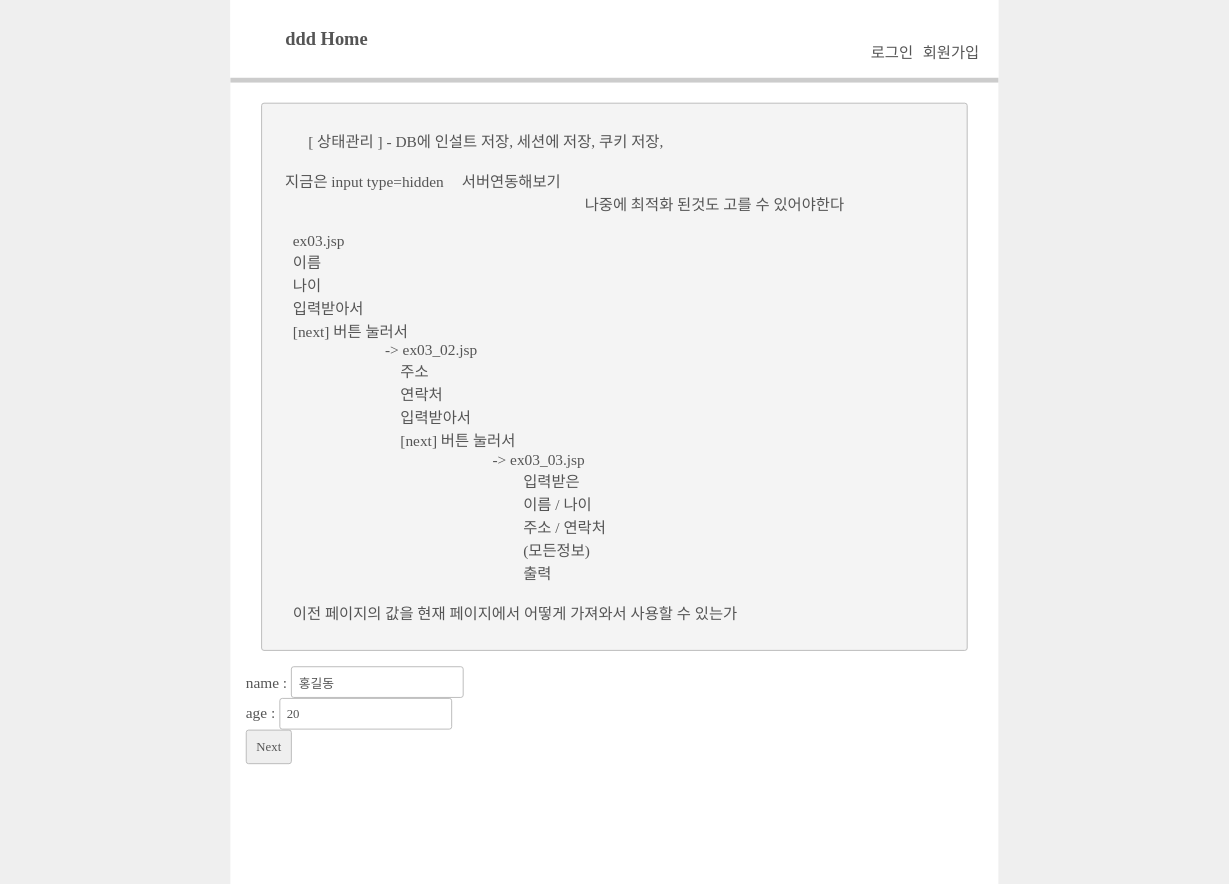
Repository: Deneb0000/JSP
Page: http://localhost/jspPro/days04/ex03.jsp
The author's editor kept a copy of each file at every save. The page is drawn from the files as they stood at one save, then again after the next save.
The browser window is 1280 px wide. The pictures show the whole page, at 96% of full size.
Some web fonts or font styles are not loaded; a fallback is used. The page is served by Tomcat 9. Other server files are loaded and not shown.

Above is the page before, as saved 2024-10-18 06:18:35.

### jspPro/src/main/webapp/days04/ex03.jsp
<%@ page contentType="text/html; charset=UTF-8" pageEncoding="UTF-8"%>
<%@ taglib prefix="c" uri="http://java.sun.com/jsp/jstl/core" %>
<!DOCTYPE html>
<html>
<head>
<meta charset="UTF-8">
<title>Insert title here</title>
<link rel="shortcut icon" type="image/x-icon" href="http://localhost/jspPro/images/SiSt.ico">
<script src="https://ajax.googleapis.com/ajax/libs/jquery/3.7.1/jquery.min.js"></script>
<meta name="viewport" content="width=device-width, initial-scale=1.0">
<meta name="google" content="notranslate">
<link rel="stylesheet" href="http://localhost/jspPro/resources/cdn-main/example.css">
<script src="http://localhost/jspPro/resources/cdn-main/example.js"></script>
<style>
 span.material-symbols-outlined{
    vertical-align: text-bottom;
 }
</style>
</head>
<body>
<header>
  <h1 class="main"><a href="#" style="position: absolute;top:30px;">ddd Home</a></h1>
  <ul>
    <li><a href="#">로그인</a></li>
    <li><a href="#">회원가입</a></li>
  </ul>
</header>
<div>
  <xmp class="code">
  	[ 상태관리 ] - DB에 인설트 저장, 세션에 저장, 쿠키 저장,

  지금은 input type=hidden	서버연동해보기
  										나중에 최적화 된것도 고를 수 있어야한다

    ex03.jsp
    이름
    나이
    입력받아서
    [next] 버튼 눌러서
			    -> ex03_02.jsp
			    	주소
			    	연락처
			    	입력받아서
			    	[next] 버튼 눌러서
						    	-> ex03_03.jsp
						    		입력받은
						    		이름 / 나이
						    		주소 / 연락처
						    		(모든정보)
						    		출력

    이전 페이지의 값을 현재 페이지에서 어떻게 가져와서 사용할 수 있는가
  </xmp>

  <form action="ex03_02.jsp">
  name : <input type="text" name="name" value="홍길동" /> <br />
  age : <input type="text" name="age" value="20" /> <br />
  <input type="submit" value="Next" />
  </form>

</div>
</body>
</html>

### jspPro/src/main/webapp/resources/cdn-main/example.css
@charset "UTF-8";

@import url('https://fonts.googleapis.com/css2?family=Material+Symbols+Outlined:opsz,wght,FILL,GRAD@20..48,100..700,0..1,-50..200');

@font-face {
    font-family: 'GmarketSansMedium';
    src: url('https://cdn.jsdelivr.net/gh/projectnoonnu/noonfonts_2001@1.1/GmarketSansMedium.woff') format('woff');
    font-weight: normal;
    font-style: normal;
}

:root {
	--text-color: #555;
	--sub-text-color: #777;
	--back-color: #EFEFEF;
	--header-color: #444;
	--primary-color: #DEDEDE;
	--secondary-color: #EFEFEF;
	--default-width: 800px;
	--narrow-width: 500px;
	--wide-width: 1200px;
	--text-font: 'GmarketSansMedium';
	--icon-font: 'Material Symbols Outlined';
	--border-color: #CCC;
}

html, body {
	margin: 0;
	padding: 0;
}

html {
	background-color: var(--back-color);
	display: flex;
	justify-content: center;
	min-height: 100vh;
}

body, body.default {
	width: var(--default-width);
	background-color: white;
	padding-bottom: 120px;
}

body.wide {
	width: var(--wide-width);
}

body.narrow {
	width: var(--narrow-width);
}



body, p, div, span, a, input, select, option, textarea, button, table, th, td, label, fieldset, legend {
	font-family: var(--text-font);
	color: var(--text-color);
}

h1, h2, h3 {
	font-family: var(--text-font);
	color: var(--header-color);
	padding: 0 1rem;
	padding-top: .5rem;
}

div > h1, div > h2, div > h3 {
	padding: 0;
}

body > div, body > main > div {
	padding: 0.3rem 1rem;
}


h1 { font-size: 2rem; border-bottom: 1px solid var(--border-color); }
h1 small { font-size: 1.2rem; color: var(--sub-text-color); }
h2 { font-size: 1.5rem; border-bottom: 1px dashed var(--border-color); }
h2 small { font-size: 1.1rem; color: --sub-text-color; }
h3 { font-size: 1.2rem; }
h3 small { font-size: 1rem; color: --sub-text-color; }



h1.main::before {
	font-family: var(--icon-font);
  	content: '\e666';
  	margin-right: 10px;
  	float: left;
	font-size: 2.5rem;
}

h1.sub::before {
	font-family: var(--icon-font);
  	content: '\ea19';
  	margin-right: 10px;
  	float: left;
	font-size: 2.5rem;
}


h1.page::before {
	font-family: var(--icon-font);
  	content: '\e0e0';
  	margin-right: 10px;
  	float: left;
	font-size: 2.5rem;
}

body > header > ul > li > .active{
	background-color: #FFF;
	color:#F00;
}

body > header {
	display: flex;
	justify-content: space-between;
	border-bottom: 5px solid var(--border-color);
	min-height: 74px;
	background-color: #FFF;
}

body > header.sticky {
	position: sticky;
	top: 0;
	z-index: 98;
}

body > header > h1 {
	font-size: 1.2rem;
	border: 0;
}

body > header.in > h1::before {
	font-family: var(--icon-font);
  	content: '\e332‥';
  	margin-right: 3px;
  	float: left;
	font-size: 2rem;
}


body > header > ul {
	list-style-type: none;
	display: flex;
	align-items: flex-end;
	margin-right: 10px;
}

body > header > ul > li {
	margin-right: 10px;
	cursor: pointer;
}

body > header > ul > li > a {
	cursor: pointer;
}


form {
	display: block;
}

form > div {
	padding: 0.3rem 1rem;
}

div > form > div {
	padding: 0.3rem 0;
}

input, textarea, button, select {
	border: 1px solid #BBB;
	border-radius: 3px;
	outline: none;
	resize: none;
	padding: 7px;
	margin: 0;
}

input[type=text]:read-only, textarea:read-only {
	cursor: not-allowed;
	background-color: #FFF;
}

input[type=text]:disabled, textarea:disabled {
	cursor: not-allowed;
	background-color: #EEE;
}

input[type=text], input[type=password], textarea, button, select {
	/* width: 300px; */
}

textarea {
	display: block;
	height: 100px;
}

input[type=button], input[type=submit], button {
	/* width: inherit; */
}

input.short, textarea.short, button.short, select.short {
	width: 100px;
}

input.long, textarea.long, button.long, select.long {
	width: 350px;
}

.narrow input.long, .narrow textarea.long, .narrow button.long, .narrow select.long {
	width: calc(100% - 20px);
}

input.full, textarea.full, button.full, select.full {
	width: calc(100% - 20px);
}

textarea.short {
	height: 50px;
}

textarea.long {
	height: 100px;
}

textarea.full {
	height: 200px;
}

input, textarea {
	padding-top: 8px;
}

input[type=button], input[type=submit], button {
	padding: 5px 10px;
	background-color: var(--secondary-color);
	cursor: pointer;
	min-height: 36px;
}

input[type=button].primary, input[type=submit].primary, button.primary {
	/* background-color: rgba(100, 149, 237, .2); */
	background-color: var(--primary-color);
}

input[type=button].primary:hover, input[type=submit].primary:hover, button.primary:hover {
	/* background-color: rgba(100, 149, 237, .3); */
	background-color: var(--secondary-color);
}

input[type=button]:hover, input[type=submit]:hover, button:hover {
	background-color: var(--primary-color);
}

button {
	position: relative;
	left: 0;
	top: 0;
	padding-left: 35px;
}

button .material-symbols-outlined {
	position: absolute;
	left: 10px;
	top: 4px;
}

/* k2nik add */
button.login::before {
	font-family: var(--icon-font);
  	content: '\ea77';
	position: absolute;
	left: 11px;
	top: 4px;
	font-size: 1.25rem;
}

/* k2nik logout */
button.logout::before {
	font-family: var(--icon-font);
  	content: '\e9ba';
	position: absolute;
	left: 11px;
	top: 4px;
	font-size: 1.25rem;
}

/* k2nik help */
button.help::before {
	font-family: var(--icon-font);
  	content: '\f1c0';
	position: absolute;
	left: 11px;
	top: 4px;
	font-size: 1.25rem;
}

button.add::before{
	font-family: var(--icon-font);
  	content: '\e746';
	position: absolute;
	left: 11px;
	top: 4px;
	font-size: 1.25rem;
}

button.back::before {
	font-family: var(--icon-font);
  	content: '\e166';
	position: absolute;
	left: 11px;
	top: 4px;
	font-size: 1.25rem;
}

button.list::before {
	font-family: var(--icon-font);
  	content: '\e0ee';
	position: absolute;
	left: 11px;
	top: 4px;
	font-size: 1.25rem;
}


button.del::before {
	font-family: var(--icon-font);
  	content: '\e872';
	position: absolute;
	left: 11px;
	top: 4px;
	font-size: 1.25rem;
}


button.edit::before {
	font-family: var(--icon-font);
  	content: '\e745';
	position: absolute;
	left: 11px;
	top: 4px;
	font-size: 1.25rem;
}


button.login::before {
	font-family: var(--icon-font);
  	content: '\ea77';
	position: absolute;
	left: 11px;
	top: 4px;
	font-size: 1.25rem;
}


button.logout::before {
	font-family: var(--icon-font);
  	content: '\e9ba';
	position: absolute;
	left: 11px;
	top: 4px;
	font-size: 1.25rem;
}


button.in::before {
	font-family: var(--icon-font);
  	content: '\f71a';
	position: absolute;
	left: 11px;
	top: 4px;
	font-size: 1.25rem;
}


button.out::before {
	font-family: var(--icon-font);
  	content: '\f70e';
	position: absolute;
	left: 11px;
	top: 4px;
	font-size: 1.25rem;
}


button.reply::before {
	font-family: var(--icon-font);
  	content: '\e15e';
	position: absolute;
	left: 11px;
	top: 4px;
	font-size: 1.25rem;
}


button.comment::before {
	font-family: var(--icon-font);
  	content: '\e0b9';
	position: absolute;
	left: 11px;
	top: 4px;
	font-size: 1.25rem;
}


button.modal::before {
	font-family: var(--icon-font);
  	content: '\e89e';
	position: absolute;
	left: 11px;
	top: 4px;
	font-size: 1.25rem;
}


button.ok::before {
	font-family: var(--icon-font);
  	content: '\e86c';
	position: absolute;
	left: 11px;
	top: 4px;
	font-size: 1.25rem;
}


button.cancel::before {
	font-family: var(--icon-font);
  	content: '\e5c9';
	position: absolute;
	left: 11px;
	top: 4px;
	font-size: 1.25rem;
}

button.search::before {
	font-family: var(--icon-font);
  	content: '\e8b6';
	position: absolute;
	left: 11px;
	top: 4px;
	font-size: 1.25rem;
}

button.home::before {
	font-family: var(--icon-font);
  	content: '\e88a';
	position: absolute;
	left: 11px;
	top: 4px;
	font-size: 1.25rem;
}


button.sidebar::before {
	font-family: var(--icon-font);
  	content: '\f7e4';
	position: absolute;
	left: 11px;
	top: 4px;
	font-size: 1.25rem;
}


button.sidebar-right::before {
	font-family: var(--icon-font);
  	content: '\f7e5';
	position: absolute;
	left: 11px;
	top: 4px;
	font-size: 1.25rem;
}




button::before {
	font-family: var(--icon-font);
  	content: '\e323';
	position: absolute;
	left: 11px;
	top: 4px;
	font-size: 1.25rem;
}


table {
	border-collapse: collapse;
	margin: 1rem;
	box-sizing: border-box;
	width: calc(100% - 32px);
}

table.content {
	width: auto;
}

div > table {
	margin: 0;
}

table th, table td {
	border: 1px solid var(--border-color);
	padding: 7px;
	font-weight: normal;
}

table th {
	background-color: var(--back-color);
}

table.vertical th {
	width: 150px;
}

table.vertical td {
	width: calc(100% - 182px);
	padding-left: 10px;
}

table.content td, table.content th {
	width: auto;
}

body.narrow table.vertical th {
	width: 100px;
}

body.narrow table.vertical td {
	width: calc(100% - 182px);
}


table + table {
	margin-top: 30px;
}


p {
	padding: 0 1rem;
}

a {
	text-decoration: none;
}

a:hover {
	color: rgba(255, 99, 71, .7);
}

hr {
	border: 0;
	border-top: 1px solid var(--border-color);
	margin: 2rem 0;
}

.message {
	border: 1px solid var(--border-color);
	background-color: #EFEFEF;
	margin: 1rem;
	width: auto;
	padding-top: 10px;
	padding-bottom: 10px;
	font-size: 14px;
}

.message[title]::before {
	content: attr(title);
	display: block;
	border-bottom: 1px solid var(--border-color);
	padding-bottom: 5px;
	margin-bottom: 10px;
	margin-top: 7px;
}

.message.short {
	max-width: 250px;
}

.message.long {
	max-width: 500px;
}

.badge {
	float: right;
	font-size: .8rem;
	margin-top: 2px;
	margin-right: 2px;
	text-shadow: 0 0 7px gray;
}

.badge.left {
	float: none;
	margin-left: 2px;
}

.badge.right {
	float: right;
}

.badge.red {
	border-radius: 50%;
	padding: 2px 5px;
	background-color: rgb(255, 99, 71, .3);
}

.badge.yellow {

	border-radius: 50%;
	padding: 2px 5px;
	background-color: rgb(255, 215, 0, .5);
}

.badge.blue {
	border-radius: 50%;
	padding: 2px 5px;
	background-color: rgb(100, 149, 237, .3);
}

label + label {
	margin-left: 7px;
}

label input[type=checkbox], label input[type=radio] {
	transform: translate(0, 1px);
}

.group {
	display: flex;
}

.modal-content .group {
	margin-bottom: .5rem;
}

.group label {
	border: 1px solid #BBB;
	border-radius: 3px;
	outline: none;
	resize: none;
	padding: 7px 14px;
	margin: 0;
	border-top-right-radius: 0;
	border-bottom-right-radius: 0;
	background-color: #EFEFEF;
	white-space: nowrap;
	font-size: 14px;
}

.group input[type=text] {
	margin-left: -1px;
	border-top-left-radius: 0;
	border-bottom-left-radius: 0;
}

.group select {
	margin-left: -1px;
	border-top-left-radius: 0;
	border-bottom-left-radius: 0;
}

.group input.full[type=text] {
	margin-left: -1px;
	border-top-left-radius: 0;
	border-bottom-left-radius: 0;
	width: 100%;
}

.group input[type=button]:first-child, .group button:first-child {
	border-top-left-radius: 3px;
	border-bottom-left-radius: 3px;
	margin-left: 0px;
}

.group input[type=button], .group button {
	border-radius: 0;
	margin-left: -1px;
}

.group input[type=button]:last-child, .group button:last-child {
	margin-left: -1px;
	border-top-right-radius: 3px;
	border-bottom-right-radius: 3px;
}

.seperate {
	display: flex;
	justify-content: space-between;
}

div.list {
	width: max-content;
	margin: 1rem;
	border: 1px solid #BBB;
	border-radius: 3px;
	padding: 0;
}

div.list.full {
	width: auto;
	display: block;
	margin: 1rem;
	border: 1px solid #BBB;
	border-radius: 3px;
	padding: 0;
}

div.list > div {
	padding: .5rem 1rem;
	margin: 0;
	border-bottom: 1px solid #BBB;
}

div.list > div:last-child {
	border-bottom: 0;
}

pre.code , xmp.code{
	font-family: consols;
	background-color: rgba(150, 150, 150, .1);
	border: 1px solid #BBB;
	border-radius: 3px;
	padding: .5rem 1rem;
	padding-bottom: .6rem;
	margin: 1rem;
}




*[data-modal-window] {
	position: fixed;
	background-color: rgba(0, 0, 0, .3);
	left: 0;
	top: 0;
	display: none;
	justify-content: center;
	align-items: flex-start;
	width: 100%;
	min-height: 100vh;
	z-index: 100;
	opacity: 0;
	transition: 500ms all;
}

*[data-modal-window] .modal-container {
	border-radius: 5px;
	padding: 1rem;
	padding-bottom: .5rem;
	margin-top: -500px;
	opacity: 0;
	width: 500px;
	background-color: #FFF;
	margin-right: 2rem;
	transition: 500ms all;
}

*[data-modal-size=content] .modal-container {
	width: auto;
}

*[data-modal-size=narrow] .modal-container {
	width: 300px;
}

*[data-modal-size=wide] .modal-container {
	width: 760px;
}


*[data-modal-window] .modal-header {
	border-bottom: 1px solid var(--border-color);
	padding: 2px 5px;
}

*[data-modal-window] .modal-content {
	padding: 1rem 5px;
}

*[data-modal-window] .modal-content div:last-child {
	margin-top: 1rem;
	text-align: right;
}



*[data-sidebar-window] {
	position: fixed;
	background-color: #FFF;
	left: 0;
	top: 0;
	display: block;
	width: 300px;
	border-right: 1px solid var(--border-color);
	box-sizing: border-box;
	box-shadow: 0 0 3px var(--back-color);
	min-height: 100vh;
	z-index: 99;
	transform: translate(-300px, 0);
	transition-duration: 500ms;
	transition-property: transform;
}

*[data-sidebar-direction=right] {
	left: auto;
	right: 0;
	transform: translate(300px, 0);
	border-left: 1px solid var(--border-color);
}

*[data-sidebar-size=wide] {
	width: 500px;
	transform: translate(-500px, 0);
}

*[data-sidebar-window] .sidebar-title {
	border-bottom: 1px solid var(--border-color);
	margin-top: 20px;
	margin-bottom: 20px;
	padding-bottom: 5px;
	display: flex;
	justify-content: space-between;
}

*[data-sidebar-window] .sidebar-title span:last-child {
	cursor: pointer;
}


/* K2Nik pagination */
.center {
  text-align: center;
}

.pagination {
  display: inline-block;
}

.pagination a {
  color: black;
  float: left;
  padding: 3px 6px;
  text-decoration: none;
  transition: background-color .3s;
  border: 1px solid #ddd;
  margin: 0 3px;
}

.pagination a.active {
  background-color: #4CAF50;
  color: white;
  border: 1px solid #4CAF50;
}

.pagination a:hover:not(.active) {background-color: #ddd;}

### jspPro/src/main/webapp/resources/cdn-main/example.js

window.onload = () => {

    const list = document.querySelectorAll('input, textarea');

    list.forEach(item => {
        item.setAttribute('autocomplete', 'off');
    });


    const modal_btn_list = document.querySelectorAll('*[data-modal-button]');

    modal_btn_list.forEach(item => {
        item.onclick = function() {

            const name = this.dataset['modalButton'];
            const modal_window = document.querySelector('*[data-modal-window=' + name);

            const container = document.createElement('div');
            container.className = 'modal-container';



            const modal_header = document.createElement('div');
            modal_header.textContent = modal_window.dataset['modalTitle'];
            modal_header.className = 'modal-header';
            container.appendChild(modal_header);

            const modal_content = document.createElement('div');
            modal_content.className = 'modal-content';
            container.appendChild(modal_content);

            Array.from(modal_window.childNodes).forEach(item => {
                modal_content.appendChild(item);
            });

            modal_window.appendChild(container);

            modal_window.style.display = 'flex';

            setTimeout(() => {
                modal_window.style.opacity = 1;
                container.style.marginTop = '20px';
                container.style.opacity = 1;
            }, 50);


            const modal_ok = document.querySelector('*[data-modal-ok=' + name);
            modal_ok.addEventListener('click', function() {
                modal_window.style.opacity = 0;
                container.style.marginTop = '-500px';
                container.style.opacity = 0;

                setTimeout(() => {
                    modal_window.innerHTML = modal_content.innerHTML;
                    modal_window.style.display = 'none';
                }, 500);

            });

            const modal_cancel = document.querySelector('*[data-modal-cancel=' + name);
            modal_cancel.addEventListener('click', function() {

                modal_window.style.opacity = 0;
                container.style.marginTop = '-500px';
                container.style.opacity = 0;

                setTimeout(() => {
                    modal_window.innerHTML = modal_content.innerHTML;
                    modal_window.style.display = 'none';
                }, 500);
            });


        };
    });


    const sidebar_btn_list = document.querySelectorAll('*[data-sidebar-button]');

    sidebar_btn_list.forEach(item => {
        item.onclick = function() {



            const name = this.dataset['sidebarButton'];
            const sidebar_window = document.querySelector('*[data-sidebar-window=' + name);

            if (sidebar_window.style.transform == 'translate(0px, 0px)') return;



            sidebar_window.style.transform = 'translate(0, 0)';

            const sidebar_title = document.createElement('div');
            sidebar_title.className = 'sidebar-title';
            sidebar_title.innerHTML = '<span>' + sidebar_window.dataset['sidebarTitle'] + '</span><span class="material-symbols-outlined">close</span>';

            sidebar_title.children[1].onclick = function() {

                let sign = 1;
                let distance = 300;

                if (sidebar_window.dataset['sidebarDirection'] != 'right') {
                    sign = -1;
                } else {
                    sign = 1;
                }

                if (sidebar_window.dataset['sidebarSize'] != 'wide') {
                    distance = 300;
                } else {
                    distance = 500;
                }

                distance *= sign;

                sidebar_window.style.transform = 'translate(' + distance + 'px, 0)';

                setTimeout(function() {
                    sidebar_window.removeChild(sidebar_window.children[0]);
                }, 500);
            };


            sidebar_window.prepend(sidebar_title);

        }
    });

};

// window.onkeydown = function(event) {

//     if (event.keyCode == 27) {
//         if (document.querySelector('[data-modal-window').style.display == 'flex') {
//             document.querySelector('[data-modal-window').style.display = 'none';
//         }
//     }

// };

After the next save:
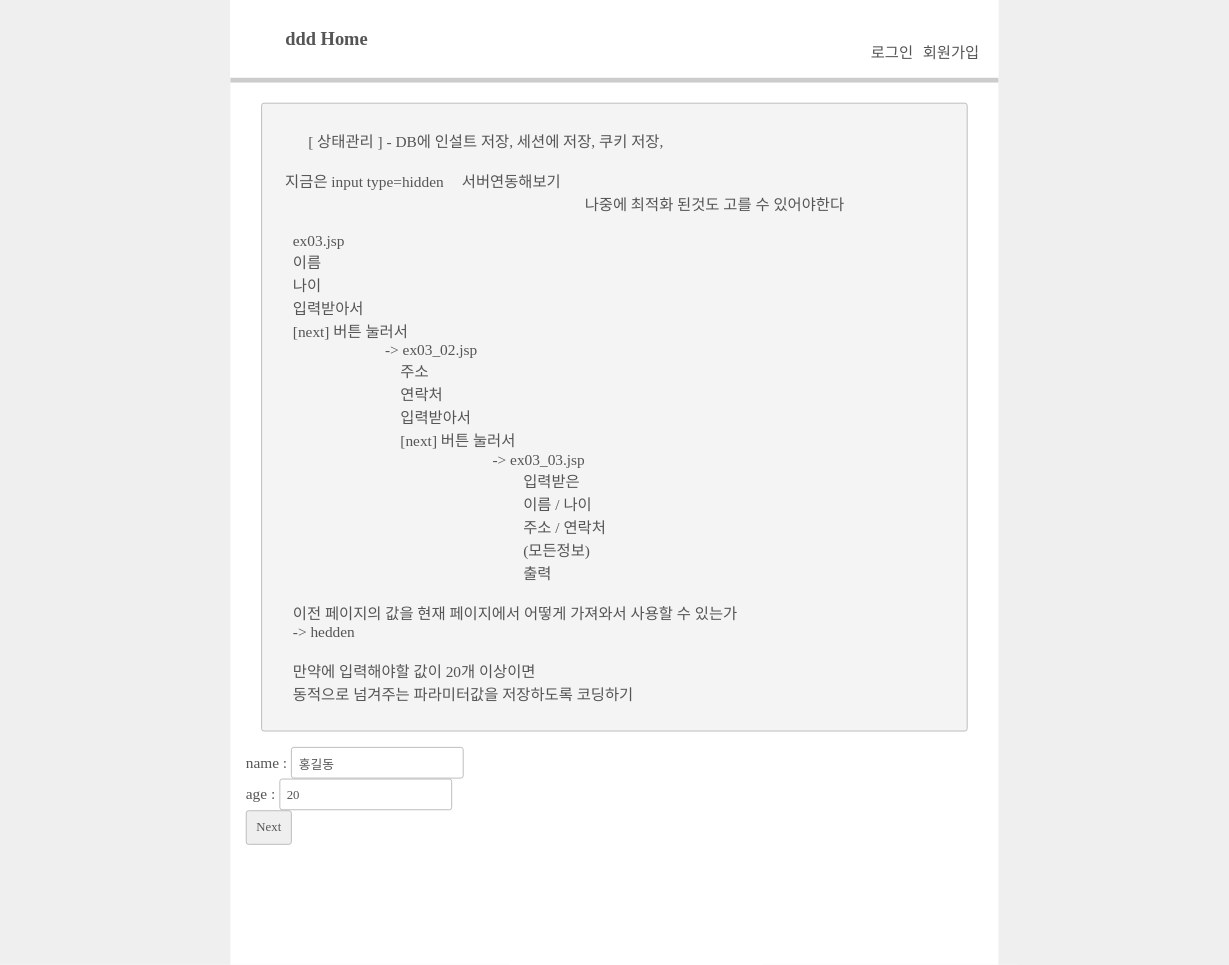
Saved 65 s later.
--- a/jspPro/src/main/webapp/days04/ex03.jsp
+++ b/jspPro/src/main/webapp/days04/ex03.jsp
@@ -50,6 +50,10 @@
 						    		출력
 
     이전 페이지의 값을 현재 페이지에서 어떻게 가져와서 사용할 수 있는가
+    -> hedden
+
+    만약에 입력해야할 값이 20개 이상이면
+    동적으로 넘겨주는 파라미터값을 저장하도록 코딩하기
   </xmp>
 
   <form action="ex03_02.jsp">
